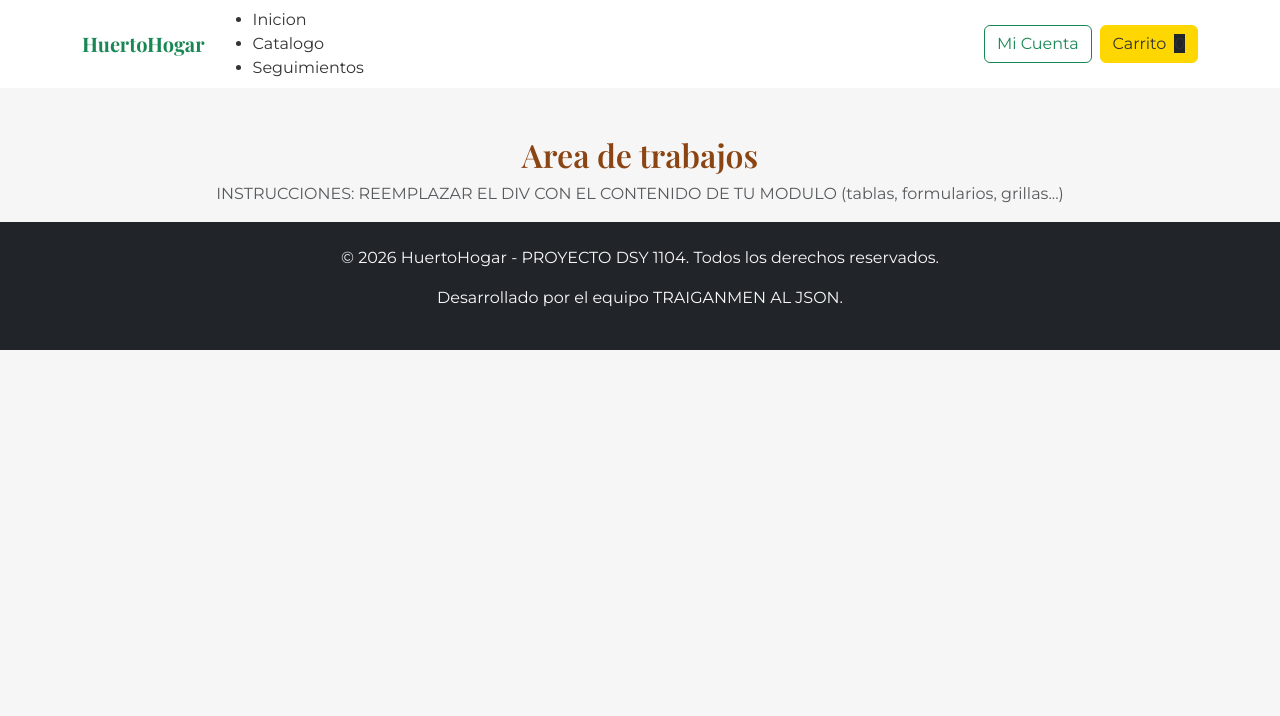
Repository: RottZen/Ev_1_Huerto_Hogar
Page: 7_comunes/plantilla.html
An editor plug-in stored every save of this project. The page is shown before and after the next save, followed by the edit.
The browser window is 1280 px wide. The pictures show the whole page.

Above is the page before, as saved 2026-09-08 00:16:01.

After the next save:
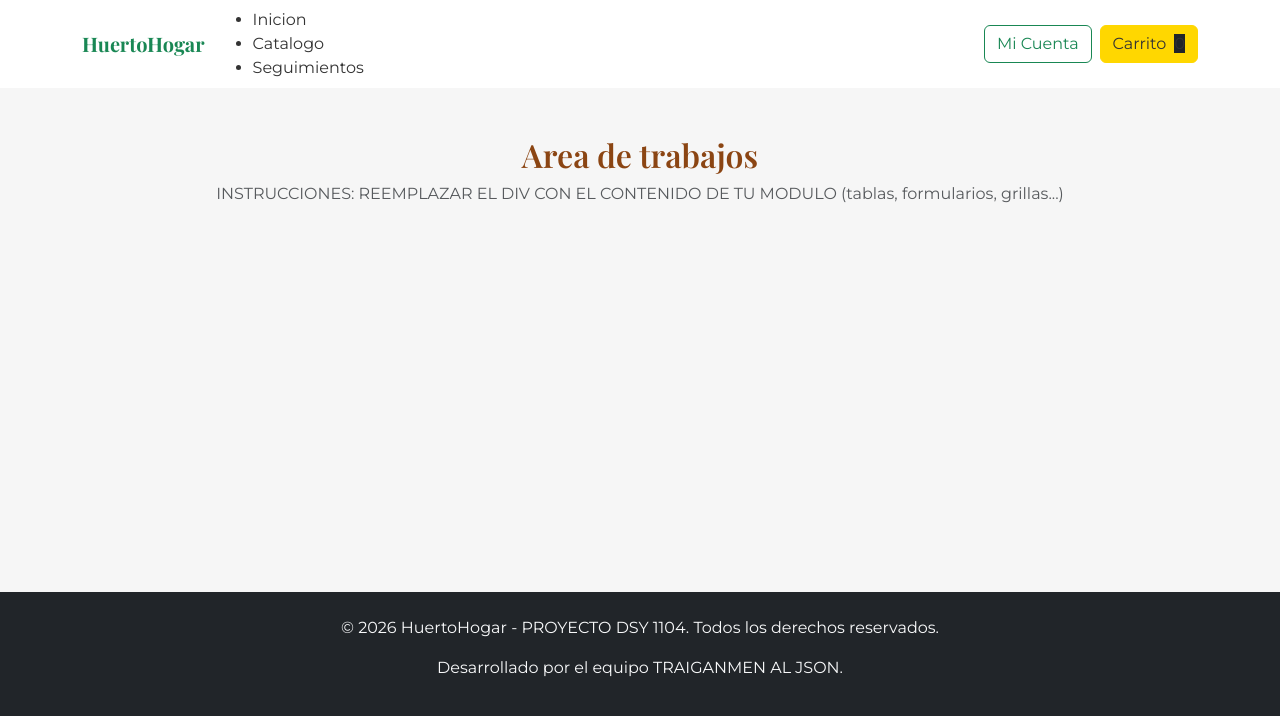
Saved 25 s later.
--- a/7_comunes/plantilla.html
+++ b/7_comunes/plantilla.html
@@ -43,6 +43,8 @@
             <h2>Area de trabajos</h2>
             <p>INSTRUCCIONES: REEMPLAZAR EL DIV CON EL CONTENIDO DE TU MODULO (tablas, formularios, grillas...)</p>
         </div>
+
+    </main>
     <footer class="bg-dark text-light py-4 mt-auto">
         <div class="container text-center">
             <p>&copy; 2026 HuertoHogar - PROYECTO DSY 1104. Todos los derechos reservados.</p>
@@ -54,7 +56,7 @@
 
 
 
-    </main>
+
 
 </body>
 </html>
